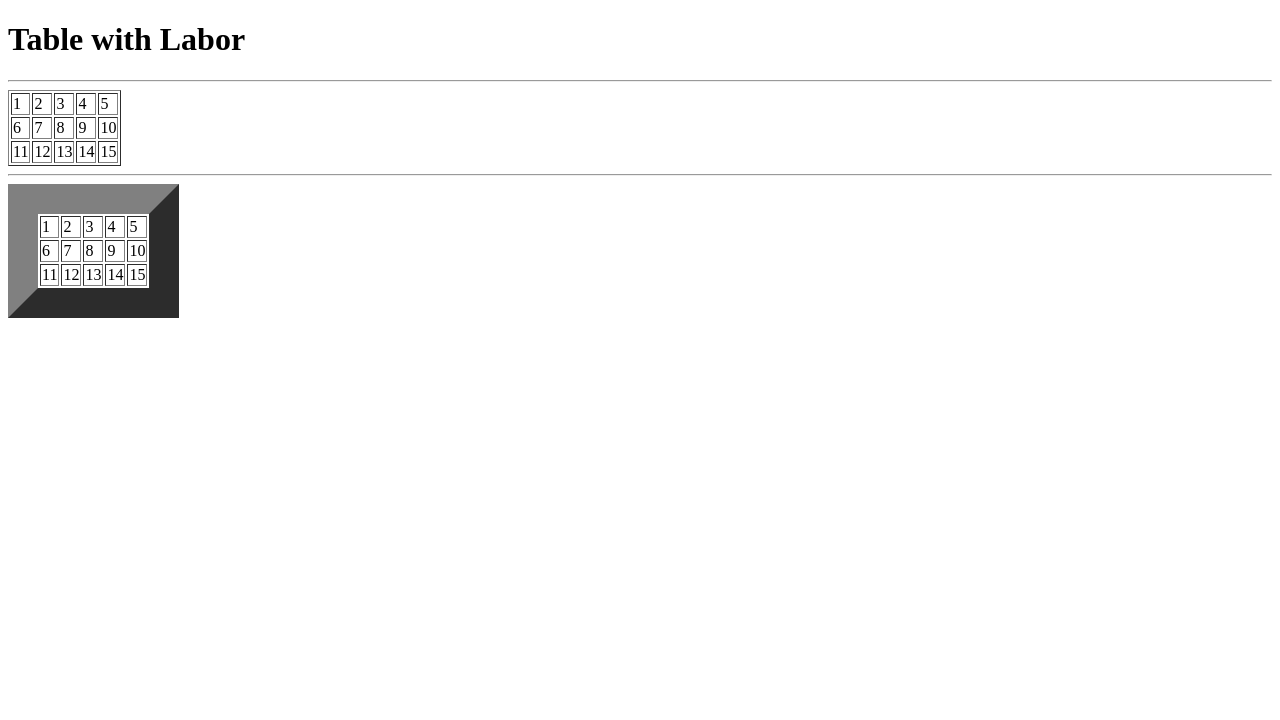
Repository: zxcvne/1400_web_nhs
Page: http://localhost/web/04_script_test.jsp
An editor plug-in stored every save of this project. The page is shown before and after the next save, followed by the edit.
The browser window is 1280 px wide. The pictures show the whole page.
The page is served by Tomcat 10.

Above is the page before, as saved 2025-10-25 08:34:53.

After the next save:
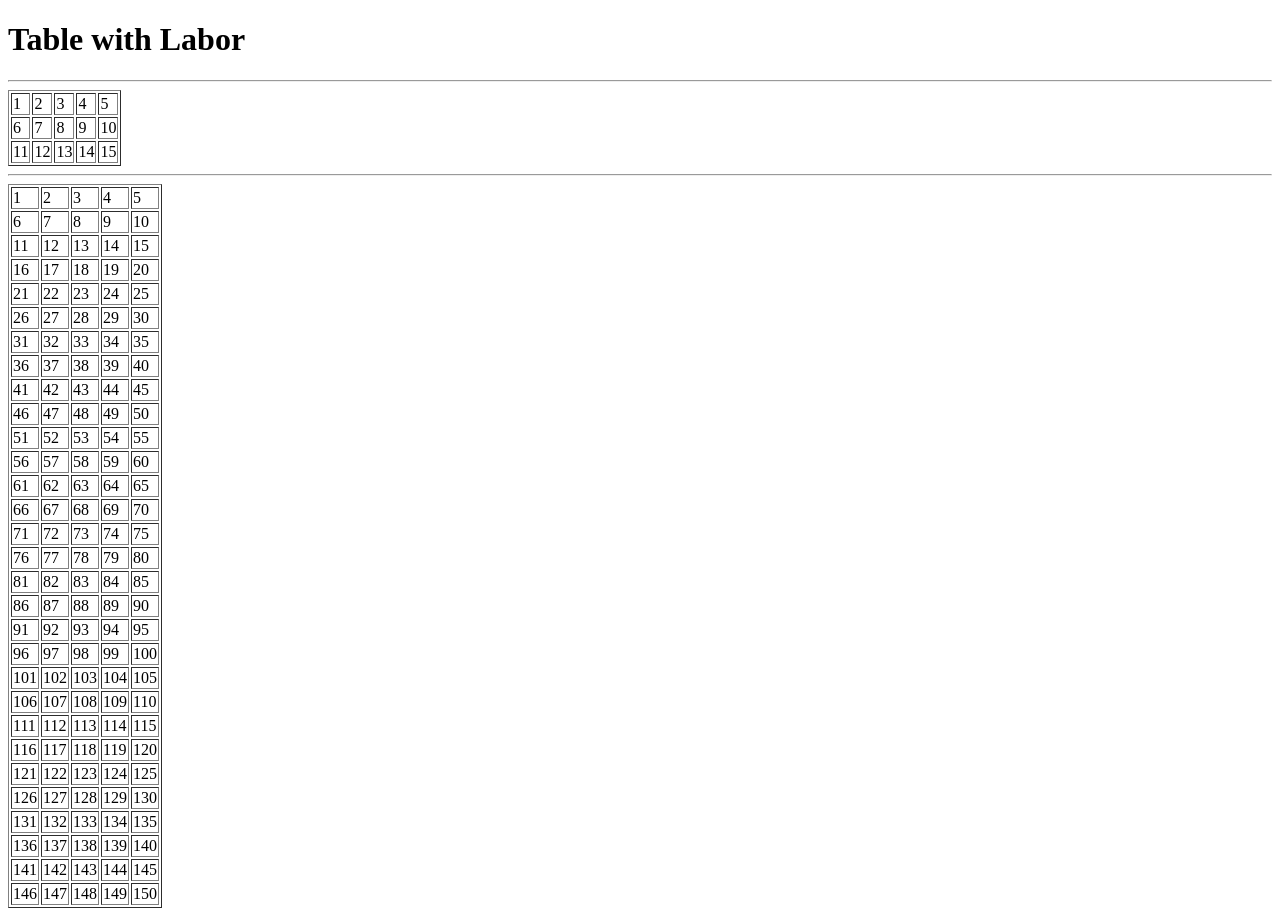
Saved 10 s later.
--- a/05_jsp/src/web/src/main/webapp/04_script_test.jsp
+++ b/05_jsp/src/web/src/main/webapp/04_script_test.jsp
@@ -33,9 +33,9 @@
 		</tr>
 	</table>
 	<hr>
-	<table border="30">
+	<table border="1">
 <%
-		for(int i=0; i < 3; i++){
+		for(int i=0; i < 30; i++){
 %>
 			<tr>
 <%
